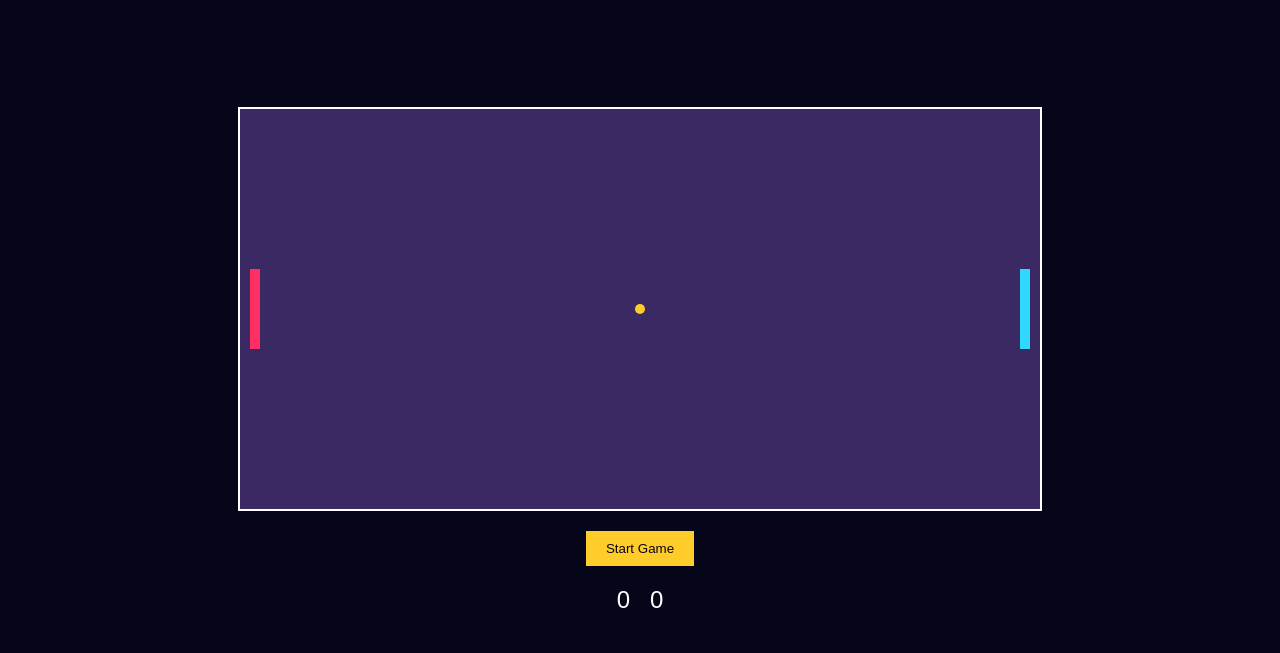
Repository: SiPilip/PingPong-basicJS
Page: index.html
An editor plug-in stored every save of this project. The page is shown before and after the next save, followed by the edit.
The browser window is 1280 px wide. The pictures show the whole page.

Above is the page before, as saved 2023-05-30 11:02:22.

After the next save:
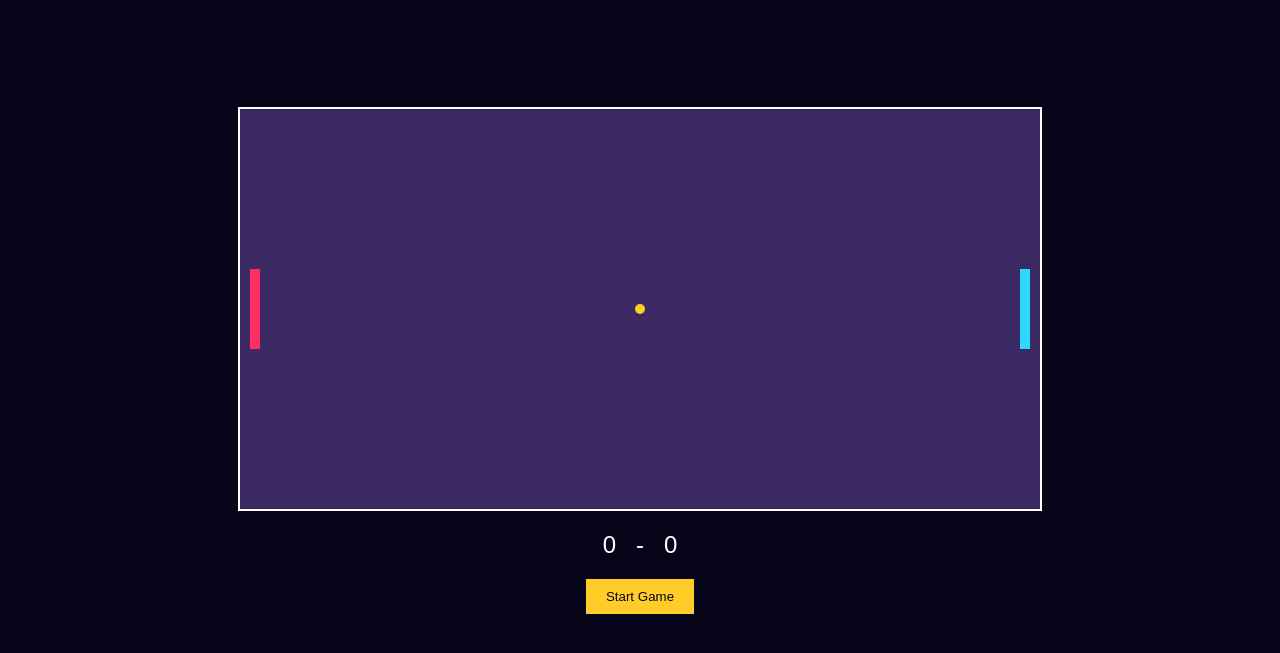
Saved 7 s later.
--- a/index.html
+++ b/index.html
@@ -3,25 +3,25 @@
 
 <head>
     <title>Ping Pong Game</title>
-    <link rel="stylesheet" href="style.css">
+    <link rel="stylesheet" type="text/css" href="style.css">
 </head>
 
 <body>
     <div class="loading-screen" id="loading-screen">
-        <span class="loading-text">SiPilip Projects</span>
+        <span class="loading-text">Loading...</span>
     </div>
-
     <div class="game-container">
         <div id="pong">
             <div id="paddleA"></div>
             <div id="paddleB"></div>
             <div id="ball"></div>
         </div>
-        <button id="start-button">Start Game</button>
         <div id="scoreboard">
             <span id="playerA-score">0</span>
+            <span>-</span>
             <span id="playerB-score">0</span>
         </div>
+        <button id="start-button" disabled>Start Game</button>
     </div>
     <script src="script.js"></script>
 </body>
